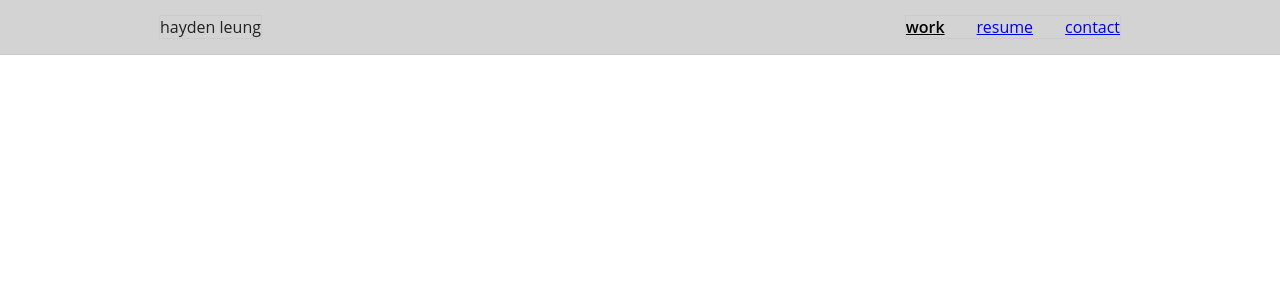
Repository: Haydenleung/Artifact
Page: /
An editor plug-in stored every save of this project. The page is shown before and after the next save, followed by the edit.
The browser window is 1280 px wide. The pictures show the whole page.
The project was rebuilt for these pictures with package versions that can differ from the ones it lists, and the page was loaded fresh each time. The framework's server and built-in components were replaced by stand-ins that run in the browser. Also part of the build but not shown: next.config.mjs.

Above is the page before, as saved 2024-01-26 22:52:21.

### src/pages/index.tsx
import Image from "next/image";
import Navbar from "@/components/Navbar";

export default function Home() {
  return (
    <main className={"page"}>
      <Navbar />

    </main>
  )
}

### src/styles/globals.css
/* ==========================================================================
    [Table of contents]

    1. BASE
        1.1 Page Rendering Defaults
        1.2 Core Styling
        1.3 Typography
    2. LAYOUT
        2.1 Core Layout
        2.2 Small only
        2.3 medium and up
        2.4 Medium only
        2.5 large screens and up
    3. UTILITY classes
    4. PRINT

    ========================================================================== */

/* ==========================================================================
   BASE
   ========================================================================== */

/* 1.1 Page Rendering Defaults */

html {
  color: #222;
  font-size: 1em;
}

::-moz-selection {
  background: #b3d4fc;
  text-shadow: none;
}

::selection {
  background: #b3d4fc;
  text-shadow: none;
}

audio,
canvas,
iframe,
i,
img,
svg,
video {
  vertical-align: middle;
}

fieldset {
  border: 0;
  margin: 0;
  padding: 0;
}

textarea {
  resize: vertical;
}

/* 1.2 Core Styling */

/* refer to https://css-tricks.com/box-sizing/ */

*,
*:before,
*:after {
  box-sizing: border-box;
}

img {
  width: 100%;
}

/* 1.3 Typgraphy */

@import url('https://fonts.googleapis.com/css2?family=Open+Sans:ital,wght@0,300;0,400;0,500;0,600;0,700;0,800;1,300;1,400;1,500;1,600;1,700;1,800&display=swap');

h1,
h2,
h3,
h4,
h5,
h6 {
  font-weight: 400;
  text-align: center;
  margin: 0;
}

h1 {
  font-size: 24pt;
  font-weight: 200;
}

h2 {
  font-size: 16pt;
}

h4 {
  font-size: 9pt;
}

h5 {
  font-size: 8pt;
}

* {
  font-family: 'Open Sans', sans-serif;
}


/* ==========================================================================
 2. LAYOUT
 ========================================================================== */

/* Helper to display empty layout containers*/

div,
main,
section,
footer,
header {
  outline: 1px solid #ccc;
}

body {
  padding: 0;
  margin: 0;
}

/* 2.1 Core layout */

.row {
  display: grid;
  row-gap: 1rem;
}

.col {
  position: relative;
}

.page {
  display: flex;
  flex-direction: column;
  justify-content: center;
  align-items: center;
}


/* Navbar */

/* 2.2 Small only */

@media screen and (max-width: 39.9375em) {}

/* 2.3 medium and up */

@media screen and (min-width: 40em) {}

/* 2.4 Medium only */

@media screen and (min-width: 40em) and (max-width: 63.9375em) {}

/* 2.5 large screens and up 2.6 Large only */

/* @media screen and (min-width: 64em) {

} */

### src/components/Navbar/index.tsx
import styles from './navbar.module.css'
import Image from 'next/image'
import Link from 'next/link'
import { useState } from 'react'

export default function Navbar() {

    const [isPage, setIsPage] = useState("Work");

    return (
        <div className={styles.container}>
            <div className={styles.logo}>hayden leung</div>
            <div className={styles.pages}>
                <Link href="/" className={isPage === "Work" ? styles.bold : styles.normal}>work</Link>
                <Link href="/" className={isPage === "Resume" ? styles.bold : styles.normal}>resume</Link>
                <Link href="/" className={isPage === "Contact" ? styles.bold : styles.normal}>contact</Link>
            </div>
        </div>
    )
}

### src/components/Navbar/navbar.module.css
.container {
    background-color: lightgrey;
    padding: 0.5rem;
    width: 100%;
    padding: 1rem 10rem;
    display: flex;
    flex-direction: row;
    justify-content: space-between;
    position: sticky;
}

.logo {}

.pages {
    display: flex;
    flex-direction: row;
    gap: 2rem;
}

.bold {
    font-weight: 600;
    color: black;
}

Loaded but not shown: src/pages/_app.tsx (common file); src/pages/_document.tsx (common file)

After the next save:
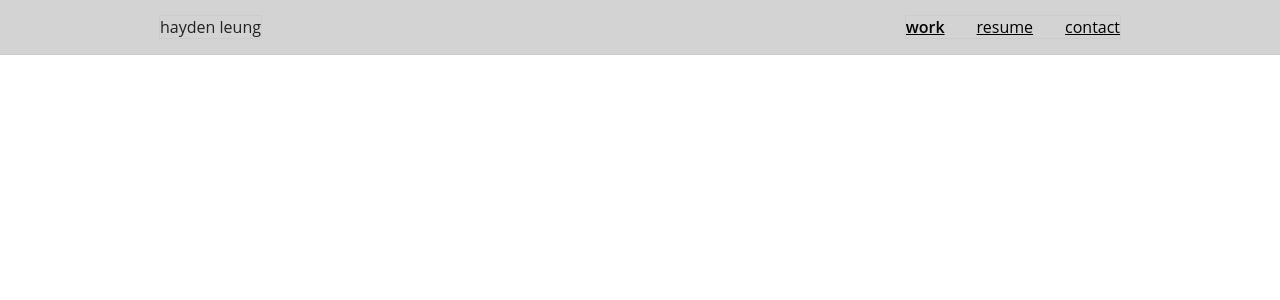
Saved 9 s later.
--- a/src/components/Navbar/navbar.module.css
+++ b/src/components/Navbar/navbar.module.css
@@ -21,3 +21,7 @@
     font-weight: 600;
     color: black;
 }
+
+.normal {
+    color: black;
+}
